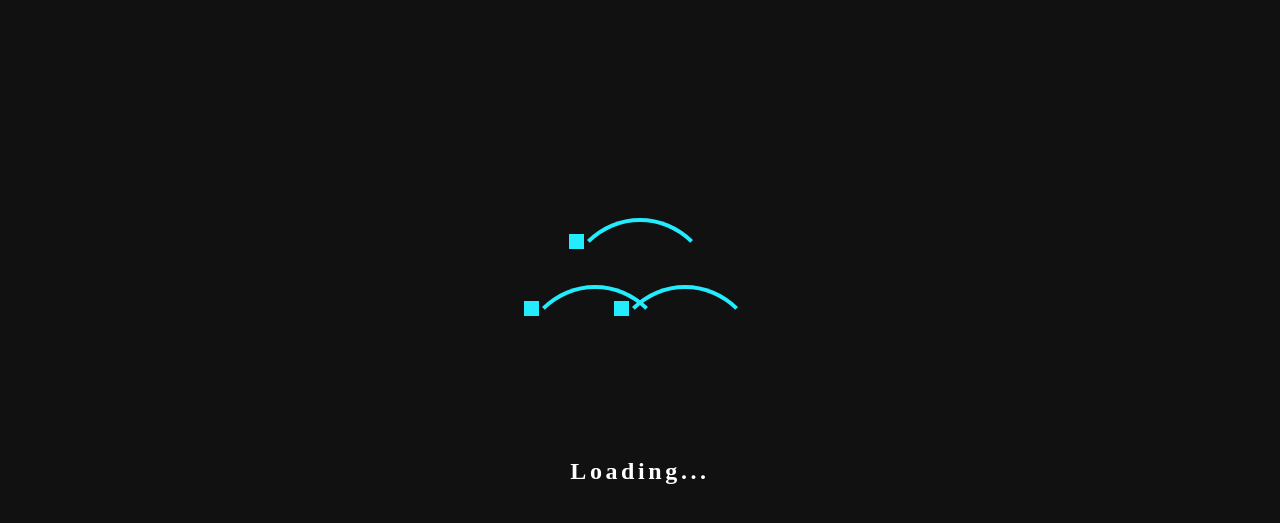
Repository: kiranjeetkaur01/csseffect.github.io
Page: index.html
These files come from the project's save history. The page is drawn as it stood at one moment and after a run of saves; the edit follows.
The browser window is 1280 px wide. The pictures show the whole page.

Above is the page before, as saved 2023-09-08 11:45:58.

### index.html
<!DOCTYPE html>
<html lang="en">
<head>
    <meta charset="UTF-8">
    <meta name="viewport" content="width=device-width, initial-scale=1.0">
    <title>CSS Animation Effets</title>
    <link rel="stylesheet" href="style.css">
</head>
<body>
    <div class="container">
        <div class="ring">

        </div>
        <div class="ring">

        </div>
        <div class="ring">

        </div>
        <p>Loading...</p>
    </div>
</body>
</html>

### style.css
*{
    margin: 0;
    padding: 0;
    box-sizing: border-box;
}

body,html{
    display: flex;
    align-items: center;
    justify-content: center;
    min-height: 100vh;
    background: #111;
}
.container{
    position: relative;
    width: 100%;
    display: flex;
    align-items: center;
    justify-content: center;
}
.container .ring{
    position: relative;
    width: 150px;
    height: 150px;
    margin: -30px;
    border: 4px solid transparent;
    border-radius: 50%;
    border-top: 4px solid #24ecff;
}
.container .ring::before{
    position: absolute;
    content: "";
    top: 12px;
    width: 15px;
    height: 15px;
    background: #24ecff;
}
.container .ring:nth-child(3){
    position: absolute;
    top: -66.6px;

}
.container p{
    position: absolute;
    color: #fff;
    font-size: 1.5em;
    font-family: gilroy;
    bottom: -80px;
    font-weight: 600;
    letter-spacing: 0.15em;


}

After the next 2 saves:
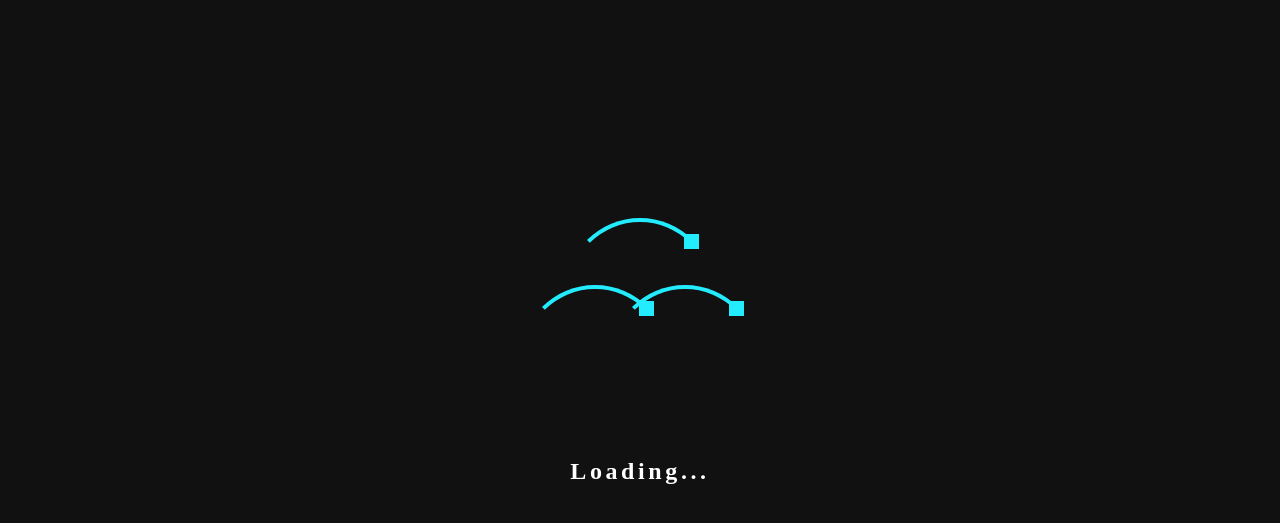
The 2 saves are shown as one change because they came seconds apart.
The last was saved 7 s later.
--- a/style.css
+++ b/style.css
@@ -31,6 +31,7 @@
     position: absolute;
     content: "";
     top: 12px;
+    right: 12px;
     width: 15px;
     height: 15px;
     background: #24ecff;
